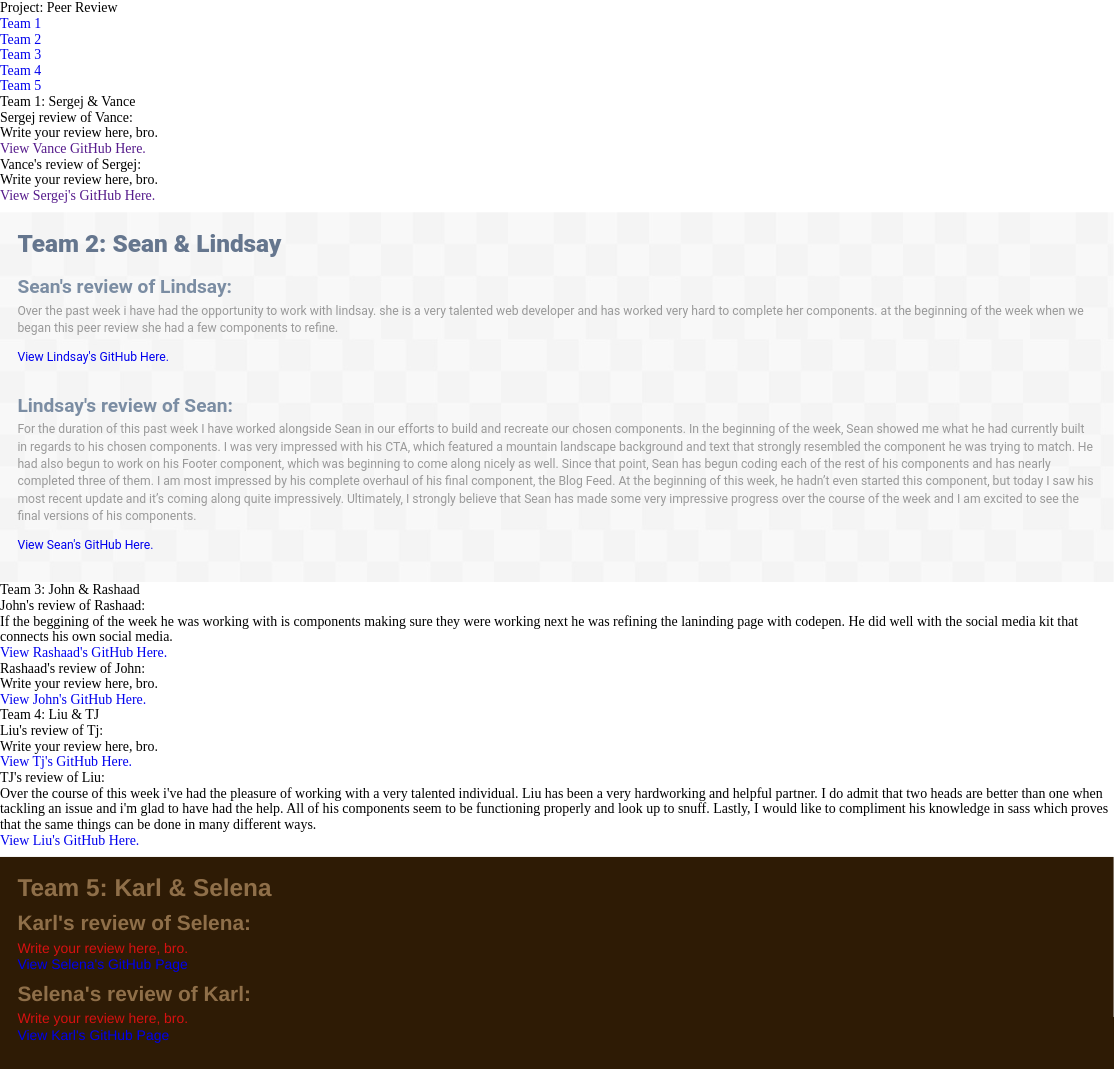
Repository: Smvargas787/WSP-2.5
Page: workspace 3/index.html
The author's editor kept a record of every edit. The page is drawn from the files as they stood at one moment, then again after the next edit.
The browser window is 1280 px wide. The pictures show the whole page, at 87% of full size.
Some web libraries are served in a nearby version.

Above is the page before.

### workspace 3/index.html
<!DOCTYPE html>
<html lang= "en">
	<head>
		<meta charset= "utf-8"/>
		<meta name="viewport" content="width=device-width, initial-scale=1, maximum-scale=1">
		<title>Project: Peer Review</title>

		<link href="css/reset.css" rel="stylesheet" type="text/css" />
		<link href="css/style.css" rel="stylesheet" type="text/css" />
	</head>


	<body>

		<header>
			<h1>Project: Peer Review</h1>
			<nav>
				<ul>
					<li><a href="#" class="link" data-this=".team1" data-last=".page">Team 1</a></li>
					<li><a href="#" class="link" data-this=".team2" data-last=".page">Team 2</a></li>
					<li><a href="#" class="link" data-this=".team3" data-last=".page">Team 3</a></li>
					<li><a href="#" class="link" data-this=".team4" data-last=".page">Team 4</a></li>
					<li><a href="#" class="link" data-this=".team5" data-last=".page">Team 5</a></li>
				</ul>
			</nav>
		</header>


<!-- 	Team 1 -->
		<section class="page team1">
			<h2>Team 1: Sergej & Vance</h2>

			<article>
				<h3>Sergej review of Vance:</h3>
				<p>Write your review here, bro.</p>
				<a href="" target="_blank">View Vance GitHub Here.</a>
			</article>

			<article>
			 	<h3>Vance's review of Sergej:</h3>
				<p>Write your review here, bro.</p>
				<a href="" target="_blank">View Sergej's GitHub Here.</a>
			</article>
        </section>
<!-- End Team 1 -->





<!-- 	Team 2 -->
		<section class="page team2">
			<h2>Team 2: Sean & Lindsay</h2>

			<article>
				<h3>Sean's review of Lindsay:</h3>
				<p>Over the past week i have had the opportunity to work with lindsay. she is a very talented web developer and has worked very hard
				to complete her components. at the beginning of the week when we began this peer review she had a few components to refine.
				</p>
				<a href="http://lindsayhampton.github.io/WSP/" target="_blank">View Lindsay's GitHub Here.</a>
			</article>

			<article>
			 	<h3>Lindsay's review of Sean:</h3>
				<p>For the duration of this past week I have worked alongside Sean in our efforts to build and recreate our chosen components. In the beginning of the week, Sean showed me what he had currently built in regards to his chosen components. I was very impressed with his CTA, which featured a mountain landscape background and text that strongly resembled the component he was trying to match. He had also begun to work on his Footer component, which was beginning to come along nicely as well. Since that point, Sean has begun coding each of the rest of his components and has nearly completed three of them. I am most impressed by his complete overhaul of his final component, the Blog Feed. At the beginning of this week, he hadn’t even started this component, but today I saw his most recent update and it’s coming along quite impressively. Ultimately, I strongly believe that Sean has made some very impressive progress over the course of the week and I am excited to see the final versions of his components.</p>
				<a href="http://seanedw1.github.io/wsp_edwards_sean/index.html" target="_blank">View Sean's GitHub Here.</a>
			</article>

		</section>
<!-- End Team 2 -->




<!-- 	Team 3 -->
		<section class="page team3">
			<h2>Team 3: John & Rashaad</h2>
			<article>
				<h3>John's review of Rashaad:</h3>
				<p>If the beggining of the week he was working with is components making sure they were working next he was
				refining the laninding page with codepen. He did well with the social media kit that connects his own social media.
				</p>
				<a href="http://mangenius200.github.io/WSP/wsp_project-master/index.html" target="_blank">View Rashaad's GitHub Here.</a>
			</article>

			<article>
			 	<h3>Rashaad's review of John:</h3>
				<p>Write your review here, bro.</p>
				<a href="http://johnkunkle1987.github.io/Web-Standards-Project/week_1_project/" target="_blank">View John's GitHub Here.</a>
			</article>
		</section>
<!-- End Team 3 -->





<!-- 	Team 4 -->
		<section class="page team4">
			<h2>Team 4: Liu  & TJ</h2>
			<article>
				<h3>Liu's review of Tj:</h3>
				<p>Write your review here, bro.</p>
				<a href="http://fs-timothymccoy.github.io/WSP/ProjectPlanning/index.html" target="_blank">View Tj's GitHub Here.</a>
			</article>

			<article>
			 	<h3>TJ's review of Liu:</h3>
				<p>Over the course of this week i've had the pleasure of working with a very talented individual. Liu has been a very hardworking and helpful partner. I do admit that two heads are better than one when tackling an issue and i'm glad to have had the help. All of his components seem to be functioning properly and look up to snuff. Lastly, I would like to compliment his knowledge in sass which proves that the same things can be done in many different ways.</p>
				<a href="http://maumasi.github.io/WSP_082015/" target="_blank">View Liu's GitHub Here.</a>
			</article>

    	</section>
<!-- End Team 4 -->


<!-- 	Team 5 -->
		<section class="page team5">
			<h2>Team 5: Karl & Selena</h2>
			<article>
				<h3>Karl's review of Selena:</h3>
				<p>Write your review here, bro.</p>
				<a href="http://smvargas787.github.io/WSP-2.5/index.html" target="_blank">View Selena's GitHub Page</a>
			</article>

			<article>
			 	<h3>Selena's review of Karl:</h3>
				<p>Write your review here, bro.</p>
			    <a href="http://kjrohr.github.io/wps_project/blog/index.html" target="_blank">View Karl's GitHub Page</a>
			</article>




		</section>
<!-- End Team 5 -->




<!-- jquery -->
		<script src="https://ajax.googleapis.com/ajax/libs/jquery/1.11.3/jquery.min.js"></script>
	<!--	<script src="js/jquery-1.11.3.min.js"></script> -->
		<script src="js/main.js"></script>

	</body>
</html>

### workspace 3/css/reset.css
/* CSS RESET
====================================================================================================
====================================================================================================
*/



html, body, div, main, span, applet, object, iframe,
h1, h2, h3, h4, h5, h6, p, blockquote, pre,
a, abbr, acronym, address, big, cite, code,
del, dfn, em, img, ins, kbd, q, s, samp,
small, strike, strong, sub, sup, tt, var,
b, u, i, center,
dl, dt, dd, ol, ul, li,
fieldset, form, label, legend, input, textarea,
table, caption, tbody, tfoot, thead, tr, th, td,
article, aside, canvas, details, embed,
figure, figcaption, footer, header, hgroup,
menu, nav, output, ruby, section, summary,
time, mark, audio, video,
::before, ::after {

	margin: 0; padding: 0;
	border: 0;
	font-size: 100%;
	font: inherit;
	vertical-align: baseline;
	text-decoration: none;

	box-sizing: border-box;

}

// HTML5 - Older browser support
// ======================================================================
article, aside, details, figcaption, figure,
footer, header, hgroup, menu, nav, section {
	display: block;
}


// BODY
// ======================================================================
body { line-height: 1; }


// LISTS - Clear bullets
// ======================================================================
ol, ul { list-style: none; }


// QUOTES
// ======================================================================
blockquote, q { quotes: none; }
blockquote:before, blockquote:after,
q:before, q:after {
	content: '';
	content: none;
}

// TABLES
// ======================================================================
table {
	border-collapse: collapse;
	border-spacing: 0;
}

### workspace 3/css/style.css


/*=============Nav============*/
ul#nav {
    font-family: 'Exo 2', sans-serif;
    font-size:1.4rem;
      list-style:none;
      margin:0 auto;
      padding:0;
      width: 100%;
      overflow: auto;
}

ul#nav li {
    margin: 0 auto;
  display:inline;
}

ul#nav li a {
  text-decoration:none;
  display: block;
  padding:1% 2.1875%;
  background: #8a2f1a;
  color:#eee;
  float:left;
  text-align:center;
  border-top:2px solid rgba(0, 0, 0, 0.55);
  border-right:2px solid #3d1000;
  border-bottom:2px solid #3d1000;
  border-left:2px solid #815444;
}

ul#nav li a:hover {
  background:#a37666;
  color:#000;
  border-top:2px solid #815444;
  border-right:2px solid #c59888;
  border-bottom:2px solid #c59888;
  border-left:2px solid #815444;
}





/* Team 1 ======================================================== */
/* End of Team 1 ================================================= */


/* Team 2 ======================================================== */
.team2
{
  margin-top: 10px;
  background: url("../images/background-team2.jpg");
  color: #999999;
  font-family: "Roboto", "Helvetica Neue", Helvetica, sans-serif;
  padding: 20px;
  font-size: 14px;
}


.team2 article a:hover
{
  color: rgba(215,17,17, 0.8);
}

.team2 article a:visited
{
  color: #094978;
}


.team2 h1{
  text-align:center;
}


.team2 h2
{
  margin-bottom: 10px;
  font-size: 28px;
  font-weight: 900;
  color: #65768E;
}

.team2 article h3
{
  font-weight: normal;
  margin: 20px 0 5px;
  color: #7B8DA3;
  font-size: 22px;
  font-weight: 700;
}

.team2 article p
{
  line-height: 20px;
}

.team2 article a
{
  display: block;
  padding: 15px 0;
}


/* End of Team 2 ================================================= */


/* Team 3 ======================================================== */
/* End of Team 3 ================================================= */


/* Team 4 ======================================================== */
/* End of Team 4 ================================================= */


/* Team 5 ======================================================== */
/* Color 1: #2E1B05 Root
   Color 2: #655441 Somber
   Color 3: #8F6F49 Yggdrasil
   Color 4: #094978 Blues Power
   Color 5: #D71111 Pale Red
*/


.team5
{
  margin-top: 10px;
  background: #2E1B05;
  color: #D71111;
  font-family: Helvetica;
  padding: 20px;
}


.team5 article a:hover
{
  color: rgba(215,17,17, 0.8);
}

.team5 article a:visited
{
  color: #094978;
}

.team5 h2
{
  margin-bottom: 10px;
  font-size: 28px;
  font-weight: 900;
  color: #8F6F49;
}

.team5 article h3
{
  margin-bottom: 5px;
  color: #8F6F49;
  font-size: 24px;
  font-weight: 700;
}

.team5 article p
{
  line-height: 20px;
  font-size: 16px;
}

.team5 article a
{
  display: block;
  padding-bottom: 10px;
}


/* End of Team 5 ================================================= */

### workspace 3/js/main.js

//	jquery javaScript
$(function(){

//	make links change "pages"
//================================================================
//	$('.page').css({'display':'none'});



//	nav click events
//================================================================
	$('.link').on('click', function(){

		var linkAction1 = $(this).attr('data-last');
		var linkAction2 = $(this).attr('data-this');

		$(linkAction1).delay().slideUp();
		$(linkAction2).slideDown();

		$('.this-class').css({'display':'none'});
		$('h3').css({'display':'none'});
		//$('input').css({'display':'none'});
	});




});

After the next edit:
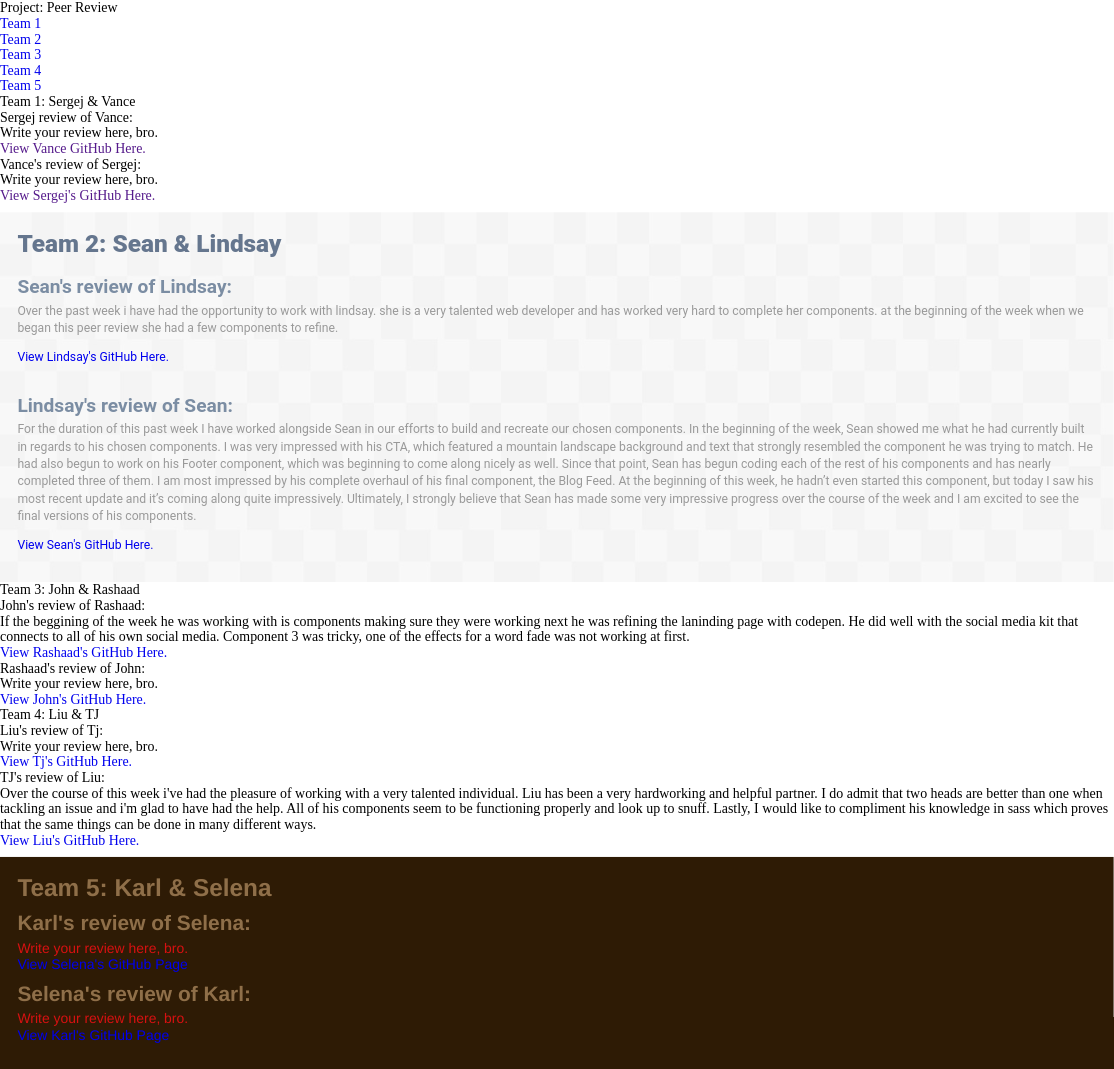
The edit:
--- a/workspace 3/index.html
+++ b/workspace 3/index.html
@@ -78,8 +78,8 @@
 			<article>
 				<h3>John's review of Rashaad:</h3>
 				<p>If the beggining of the week he was working with is components making sure they were working next he was
-				refining the laninding page with codepen. He did well with the social media kit that connects his own social media.
-				</p>
+				refining the laninding page with codepen. He did well with the social media kit that connects to all of  his own social media.
+				Component 3 was tricky, one of the effects for a word fade was not working at first.</p>
 				<a href="http://mangenius200.github.io/WSP/wsp_project-master/index.html" target="_blank">View Rashaad's GitHub Here.</a>
 			</article>
 
